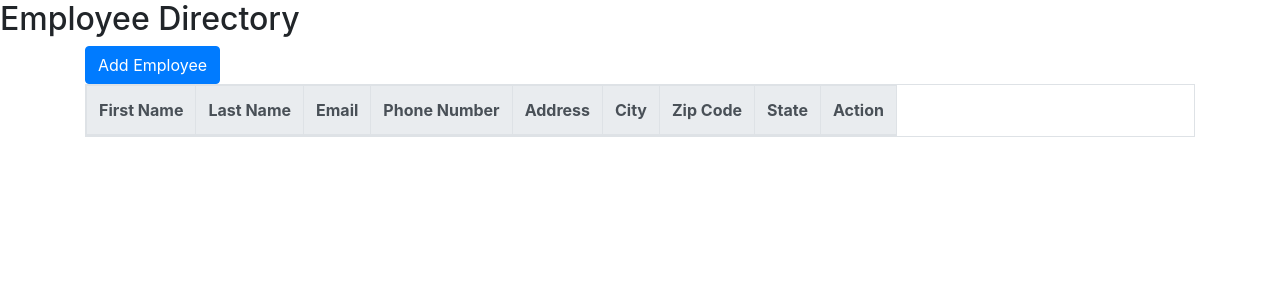
Repository: TChristian315/directory_app
Page: http://localhost/directoryapp/directory.jsp
An editor plug-in stored every save of this project. The page is shown before and after the next save, followed by the edit.
The browser window is 1280 px wide. The pictures show the whole page.
Some web libraries are served in a nearby version. The page is served by Tomcat 9. Other server files are loaded and not shown. The template is opened directly, without the code that normally fills it, so the values that code supplies are empty.

Above is the page before, as saved 2018-05-23 18:11:38.

### Workspaces/directoryapp/WebContent/directory.jsp
<%@ page language="java" contentType="text/html; charset=ISO-8859-1"
    pageEncoding="ISO-8859-1"%>
<%@ taglib uri="http://java.sun.com/jsp/jstl/core" prefix="c" %>

<!DOCTYPE html PUBLIC "-//W3C//DTD HTML 4.01 Transitional//EN" "http://www.w3.org/TR/html4/loose.dtd">
<html>
<head>
<meta http-equiv="Content-Type" content="text/html; charset=ISO-8859-1">
<link rel="stylesheet" href="https://maxcdn.bootstrapcdn.com/bootstrap/4.0.0/css/bootstrap.min.css" integrity="sha384-Gn5384xqQ1aoWXA+058RXPxPg6fy4IWvTNh0E263XmFcJlSAwiGgFAW/dAiS6JXm" crossorigin="anonymous">

<title>Employee Directory</title>
</head>
<body>

	<div class="wrapper">
		<div class="header">
			<h2> Employee Directory</h2>
		</div>

		<div class="container">

			<div class="content">

				<input type="button" value="Add Employee"
					onclick="window.location.href= 'add-employee-form.jsp'; return false;"
					class="btn btn-primary" />

				<table class ="table table-bordered table-hover table-responsive">
					<thead class="thead-light">
						<tr>
							<th scope="col">First Name</th>
							<th scope="col">Last Name</th>
							<th scope="col">Email</th>
							<th scope="col">Phone Number</th>
							<th scope="col">Address</th>
							<th scope="col">City</th>
							<th scope="col">Zip Code</th>
							<th scope="col">State</th>
							<th scope="col">Action</th>
						</tr>
					</thead>
					<c:forEach var="tempEmployee" items="${employee_list}">

						<c:url var="updateLink" value="EmployeeControllerServlet">
							<c:param name="command" value="LOAD" />
							<c:param name="employeeId" value="${tempEmployee.id}" />
						</c:url>
						<c:url var="deleteLink" value="EmployeeControllerServlet">
							<c:param name="command" value="DELETE" />
							<c:param name="employeeId" value="${tempEmployee.id}" />
						</c:url>
					<tbody>
						<tr>
							<td>${tempEmployee.firstName}</td>
							<td>${tempEmployee.lastName}</td>
							<td>${tempEmployee.email}</td>
							<td>${tempEmployee.phoneNumber}</td>
							<td>${tempEmployee.address}</td>
							<td>${tempEmployee.city}</td>
							<td>${tempEmployee.state}</td>
							<td>${tempEmployee.zipCode}</td>
							<td><a href="${updateLink}">Update</a>
							<a href="${deleteLink}" onclick="if(!(confirm('Are you sure you want to delete this employee?'))) return false">Delete</a></td>
						</tr>
					</c:forEach>
					</tbody>

				</table>
			</div>
		</div>
	</div>


	<script src="https://code.jquery.com/jquery-3.2.1.slim.min.js" integrity="sha384-KJ3o2DKtIkvYIK3UENzmM7KCkRr/rE9/Qpg6aAZGJwFDMVNA/GpGFF93hXpG5KkN" crossorigin="anonymous"></script>
	<script src="https://cdnjs.cloudflare.com/ajax/libs/popper.js/1.12.9/umd/popper.min.js" integrity="sha384-ApNbgh9B+Y1QKtv3Rn7W3mgPxhU9K/ScQsAP7hUibX39j7fakFPskvXusvfa0b4Q" crossorigin="anonymous"></script>
	<script src="https://maxcdn.bootstrapcdn.com/bootstrap/4.0.0/js/bootstrap.min.js" integrity="sha384-JZR6Spejh4U02d8jOt6vLEHfe/JQGiRRSQQxSfFWpi1MquVdAyjUar5+76PVCmYl" crossorigin="anonymous"></script>


</body>
</html>

After the next save:
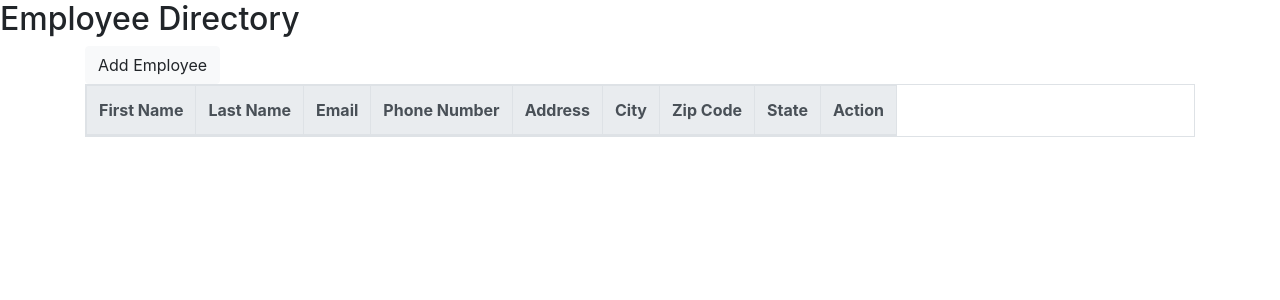
Saved 17 s later.
--- a/Workspaces/directoryapp/WebContent/directory.jsp
+++ b/Workspaces/directoryapp/WebContent/directory.jsp
@@ -23,7 +23,7 @@
 
 				<input type="button" value="Add Employee"
 					onclick="window.location.href= 'add-employee-form.jsp'; return false;"
-					class="btn btn-primary" />
+					class="btn btn-light" />
 
 				<table class ="table table-bordered table-hover table-responsive">
 					<thead class="thead-light">
